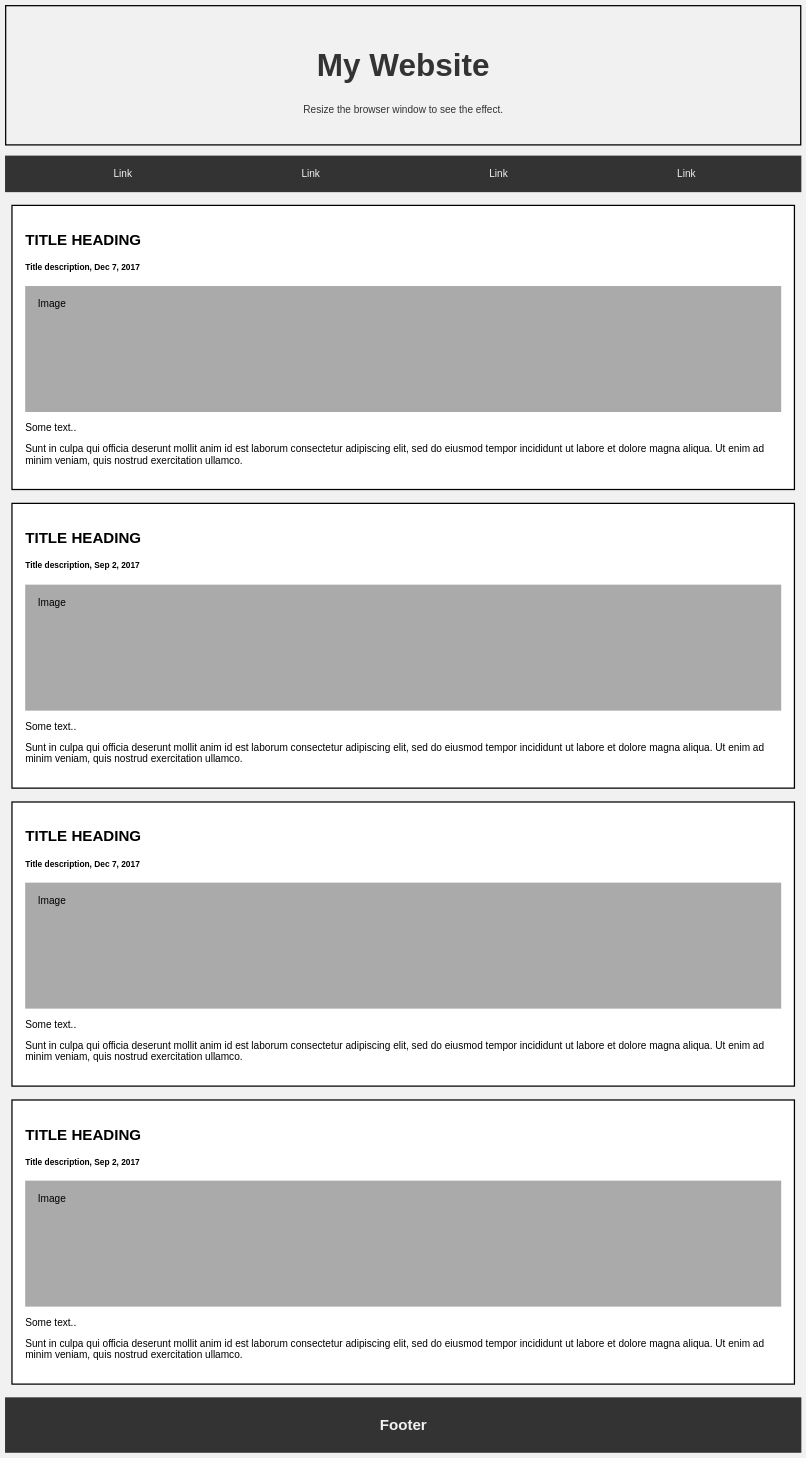
Repository: Divineridh/LPPAChallenges
Page: Trabajos en Clase/ejercicio web responsive/ejercicio.html
The author's editor kept a copy of each file at every save. The page is drawn from the files as they stood at one save, then again after the next save.
The browser window is 1280 px wide. The pictures show the whole page, at 63% of full size.

Above is the page before, as saved 2022-05-03 21:18:07.

After the next save:
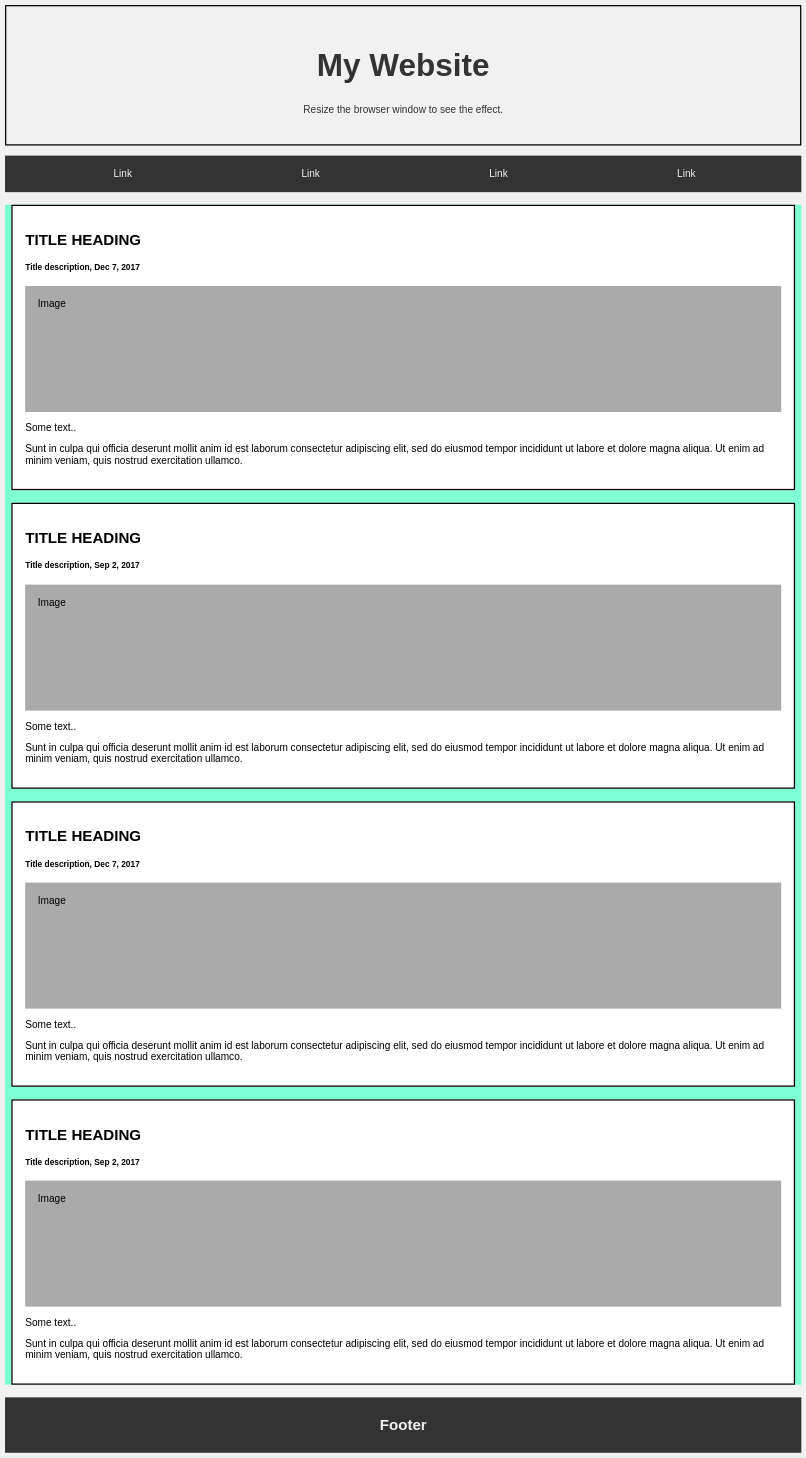
Saved 27 s later.
--- a/Trabajos en Clase/ejercicio web responsive/media.css
+++ b/Trabajos en Clase/ejercicio web responsive/media.css
@@ -5,7 +5,7 @@
 }
 
 @media screen and (min-width: 992px) {
-    .body {
+    .content {
         background-color: aquamarine;
     }
 }
